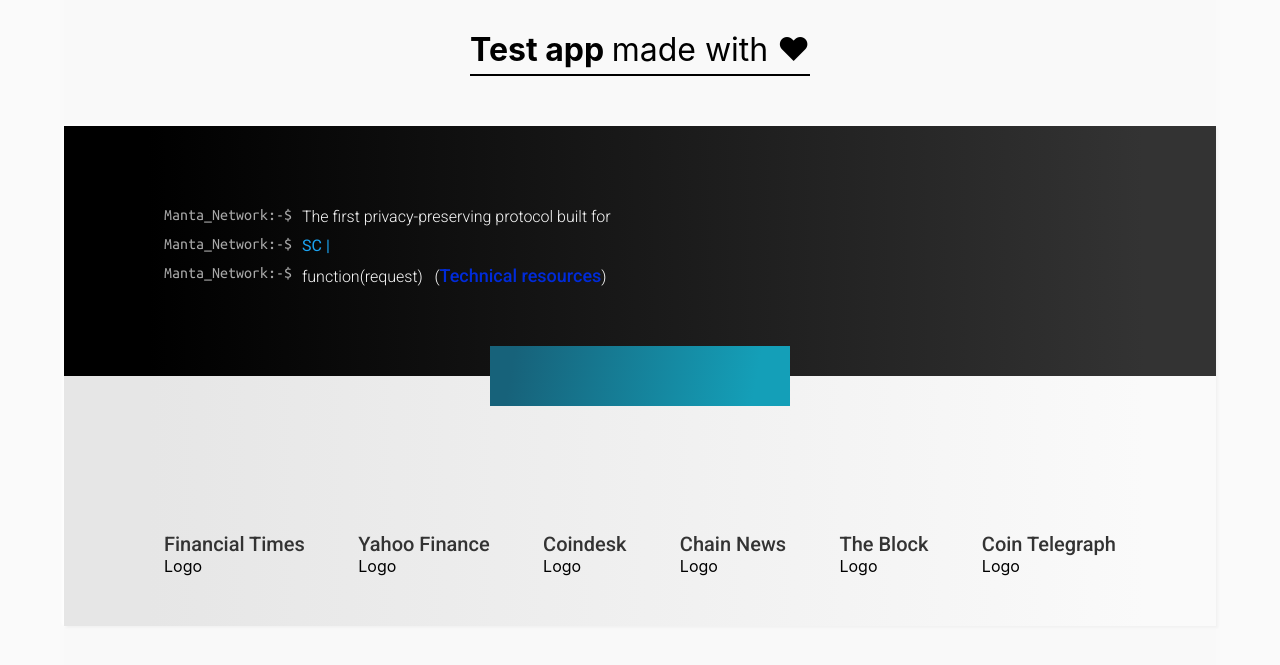
Repository: Khattak01/test-app
Page: /
The author's editor kept a copy of each file at every save. The page is drawn from the files as they stood at one save, then again after the next save.
The browser window is 1280 px wide. The pictures show the whole page.
The project was rebuilt for these pictures with package versions that can differ from the ones it lists, and the page was loaded fresh each time.

Above is the page before, as saved 2021-05-12 08:39:00.

After the next save:
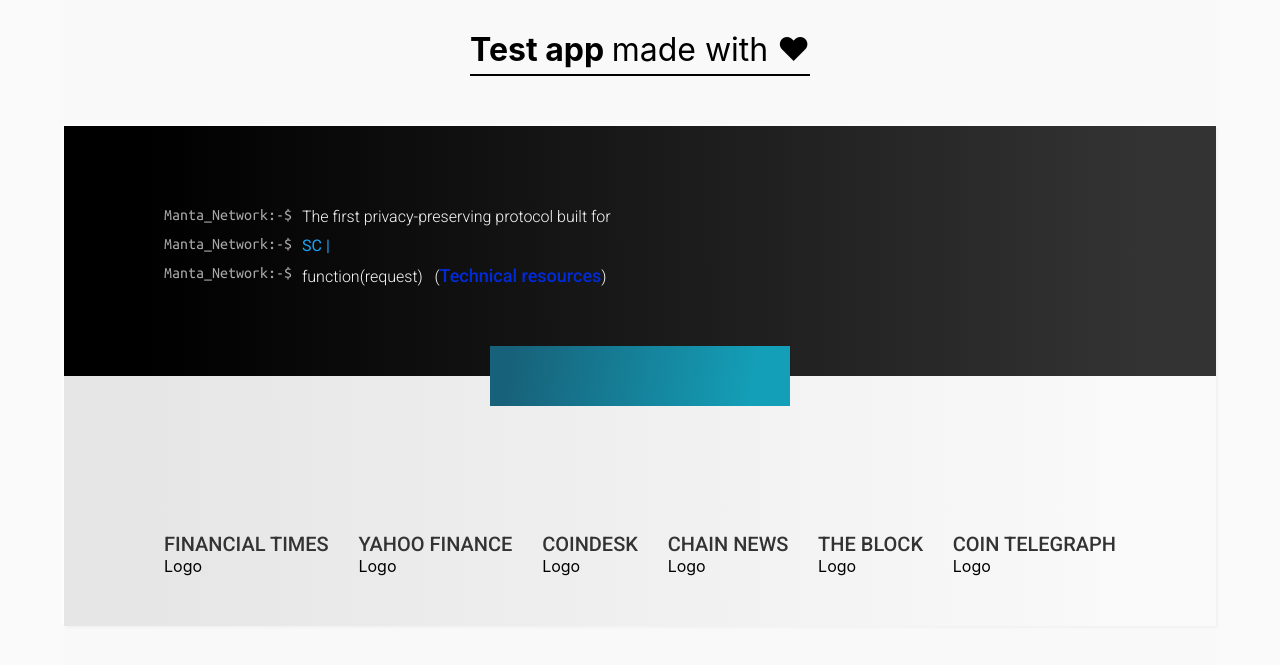
Saved 17 s later.
--- a/src/components/banner/Banner.module.css
+++ b/src/components/banner/Banner.module.css
@@ -54,7 +54,7 @@
 .banner__bottom  h2{
   font-weight: 500;
   font-size: 20px;
-  text-transform: capitalize;
+  text-transform: uppercase;
   color: #333;
   font-family: var(--font-generic);
 }
